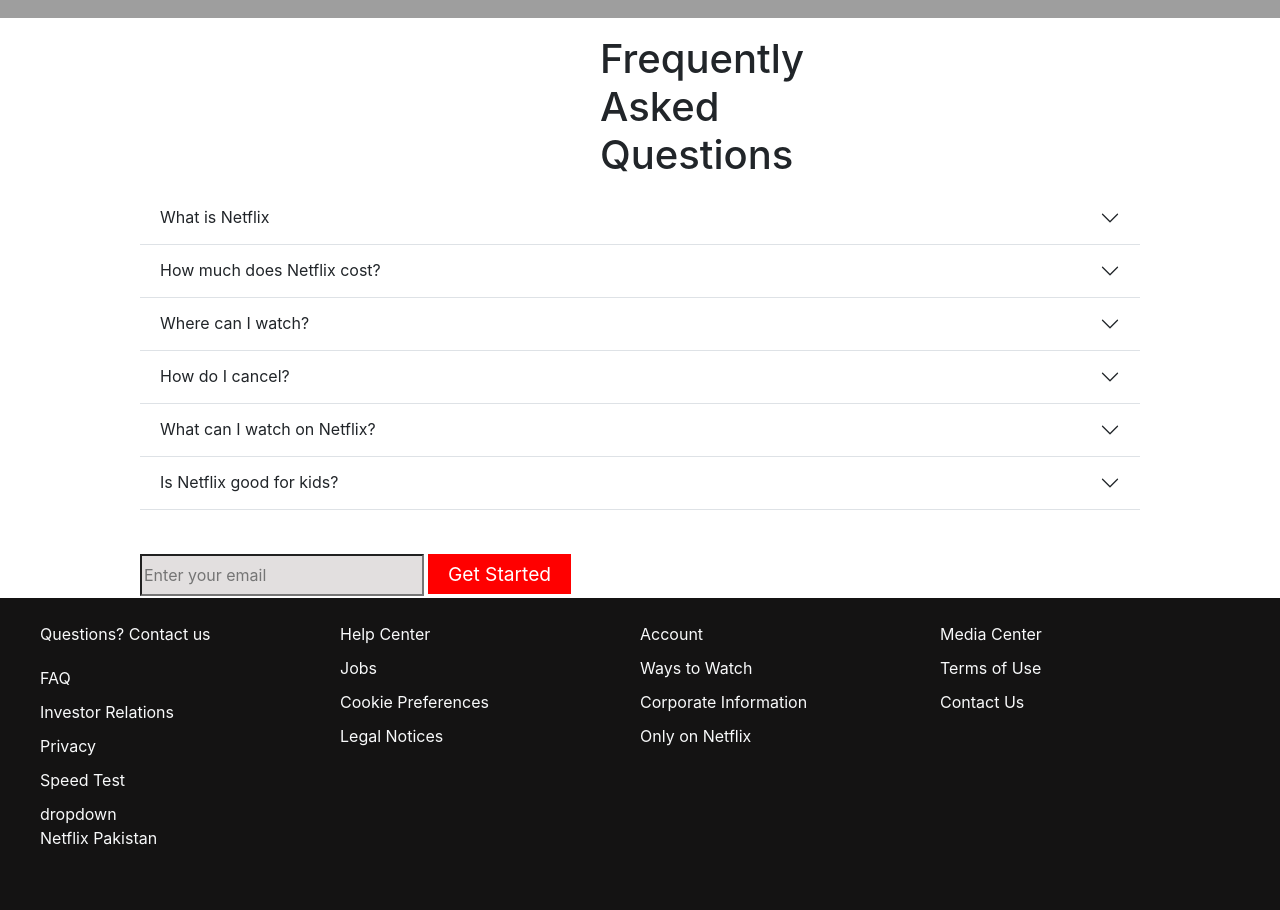
Repository: WajihaGul/Netflix-Clone
Page: /
These files come from the project's save history. The page is drawn as it stood at one moment and after the next save; the edit follows.
The browser window is 1280 px wide. The pictures show the part of the page from y = 603 to 1555 px (the page is 1513 px tall before and 1555 px after).
Pictures or frames that could not be fetched are drawn as grey boxes. The project was rebuilt for these pictures with package versions that can differ from the ones it lists, and the page was loaded fresh each time. Also part of the build but not shown: src/App.css.

Above is the page before, as saved 2024-05-24 15:27:00.

After the next save:
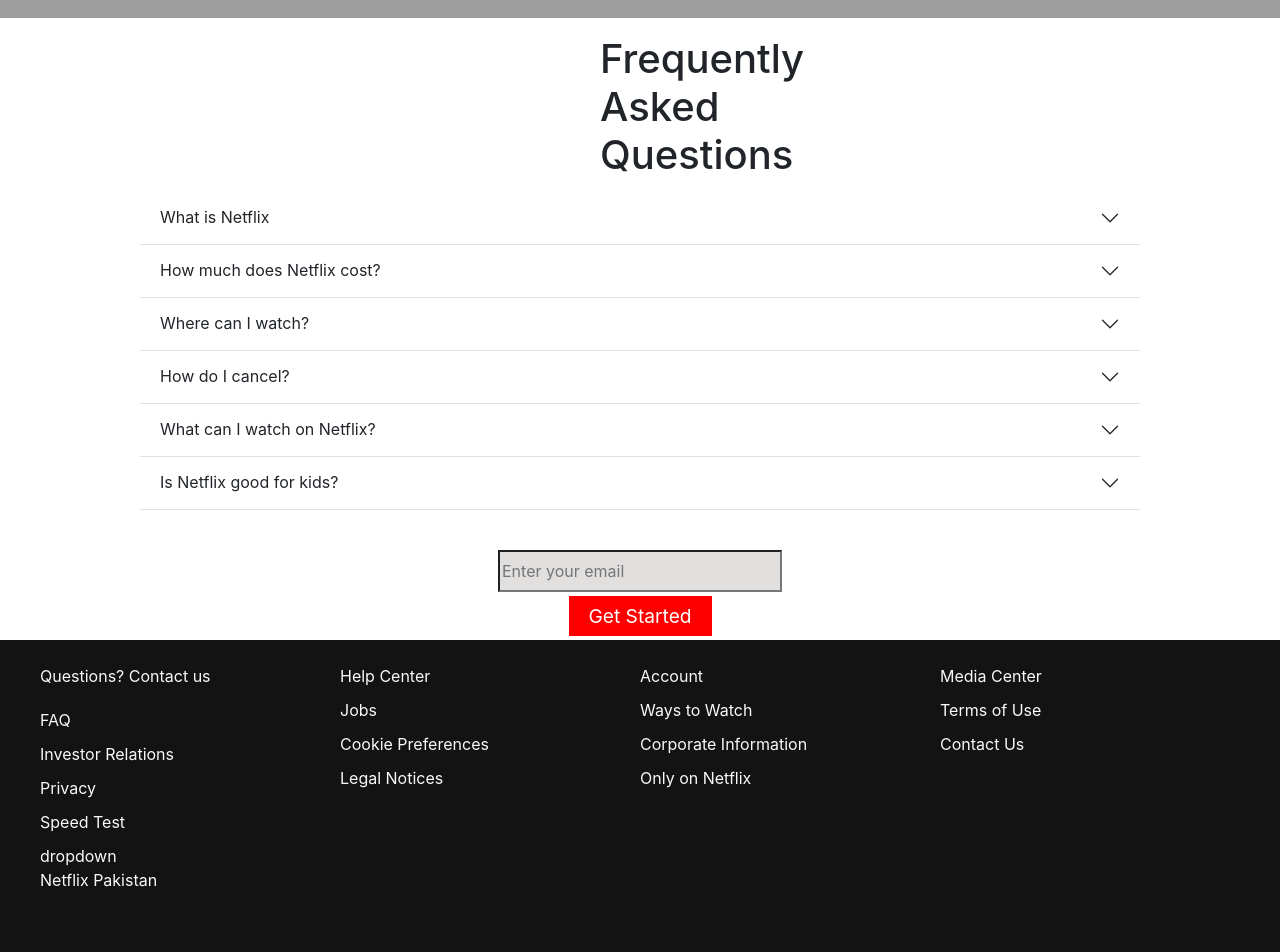
Saved 25 s later.
--- a/src/Components/FAQs/FAQs.module.css
+++ b/src/Components/FAQs/FAQs.module.css
@@ -34,6 +34,8 @@
    background: #e2dfdf;
 }
 .signupwithbtn{
-   align-items:center;
+   align-items: center;
    justify-content: center;
+   display: flex;
+   flex-direction: column;
 }
